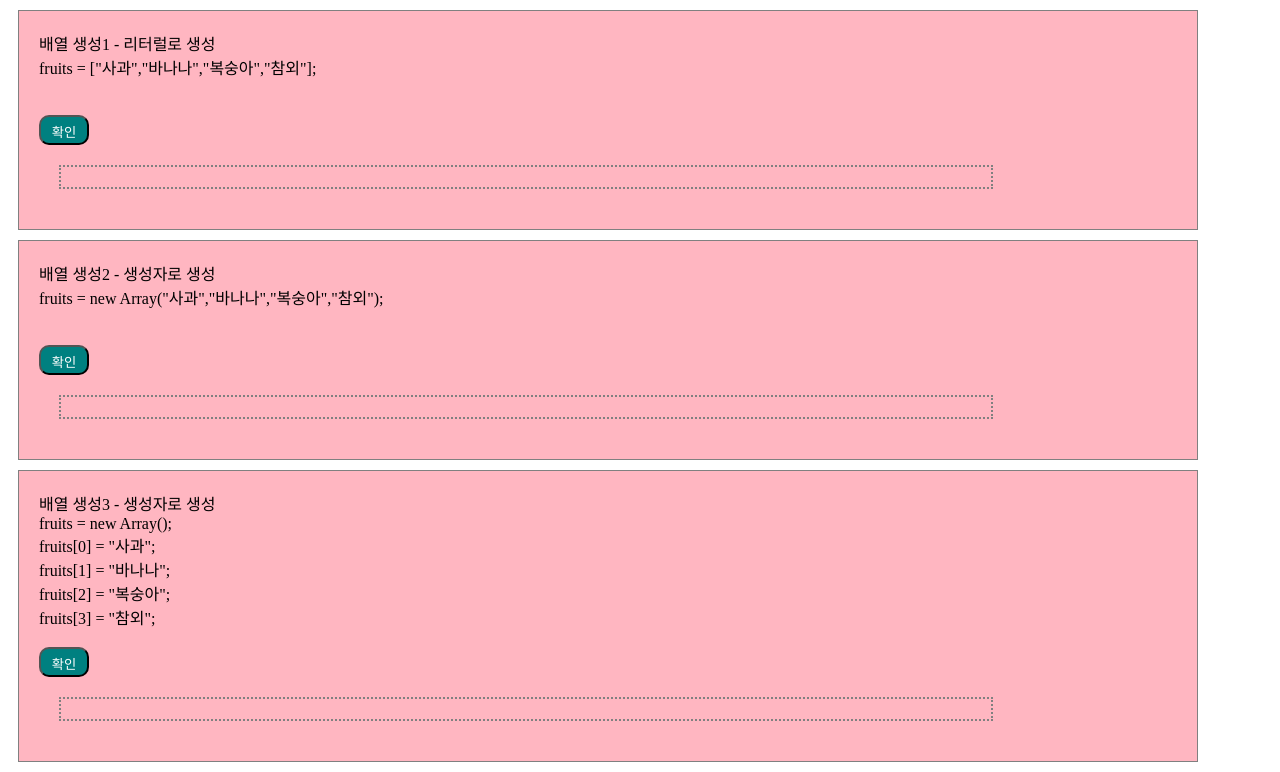
Repository: jeje0130/html
Page: webpro/WebContent/0114/배열지역.html
An editor plug-in stored every save of this project. The page is shown before and after the next save, followed by the edit.
The browser window is 1280 px wide. The pictures show the whole page.
After loading, the first visible `input[onclick="proc2()"]` was clicked once.

Above is the page before, as saved 2021-01-14 02:19:55.
Console error: TypeError: Cannot set properties of undefined (setting 'innerHTML')

### webpro/WebContent/0114/배열지역.html
<!DOCTYPE html>
<html>
<head>
<meta charset="UTF-8">
<title>Insert title here</title>
<link rel = "stylesheet" href = "../css/public.css" type="text/css">

<script>



	function proc1() {
		var fruits1 = ["사과","바나나","복숭아","참외"];


		var result = document.querySelector("#result1");
		/* result.innerHTML = fruits; */
		print(fruits1, result);

	}

	function print(fruits, result){
		res = "";
		for(i=0; i<fruits.length; i++){
			res += fruits[i] + " ";
		}

		result.innerHTML = res;

	}

	function proc2() {
		fruits2 = new Array("사과","바나나","복숭아","참외");

		result = document.querySelector("#result2");
		print(fruits2);
	}

	function proc3() {
		fruits3 = new Array();
		fruits3[0] = "사과";
		fruits3[1] = "바나나";
		fruits3[2] = "복숭아";
		fruits3[3] = 100;

		result = document.querySelector("#result3");
		print(fruits3);
	}
</script>
</head>
<body>
<div class="box">
	배열 생성1 - 리터럴로 생성 <br>
	fruits = ["사과","바나나","복숭아","참외"];<br>
 <br><br>

<input type="button" value="확인" onclick="proc1()">

<div id="result1"></div>
</div>


<div class="box">
	배열 생성2 - 생성자로 생성 <br>
	fruits = new Array("사과","바나나","복숭아","참외");<br>
 <br><br>

<input type="button" value="확인" onclick="proc2()">

<div id="result2"></div>
</div>


<div class="box">
	배열 생성3 - 생성자로 생성 <br>
	fruits = new Array();<br>
	fruits[0] = "사과";<br>
	fruits[1] = "바나나";<br>
	fruits[2] = "복숭아";<br>
	fruits[3] = "참외";
 <br><br>

<input type="button" value="확인" onclick="proc3()">

<div id="result3"></div>
</div>

</body>
</html>

### webpro/WebContent/css/public.css
@charset "utf-8";

pre {
	background-color : #FFE3EE;
	font-size : 1.2em;
	white-space: pre-wrap; /* 우측 여백 고정, 넘치는 글자 줄바꿈 */

	/*
	pre : 공백은 그대로, 줄바꿈 X
	pre-wrap : 공백은 그대로, 줄바꿈 O
	pre-line : 공백을 여러개줘도 하나만 표시, 줄바꿈 O
	nowrap : 공백을 여러개줘도 하나만 표시, 줄바꿈 X
	 */
}

div.box{
	width : 90%;
	height: auto;
	margin: 10px;
	padding: 20px;
	border: 1px solid gray;
	background: #FFB6C1;
}

.box input[type = button]{
	width: 50px;
	height: 30px;
	background: #008080;
	color : white;
	padding: 5px 10px;
	border-radius : 10px;
}

.box div{
	width : 80%;
	height: auto;
	padding: 10px;
	border: 2px dotted gray;
	margin: 20px;
}

After the next save:
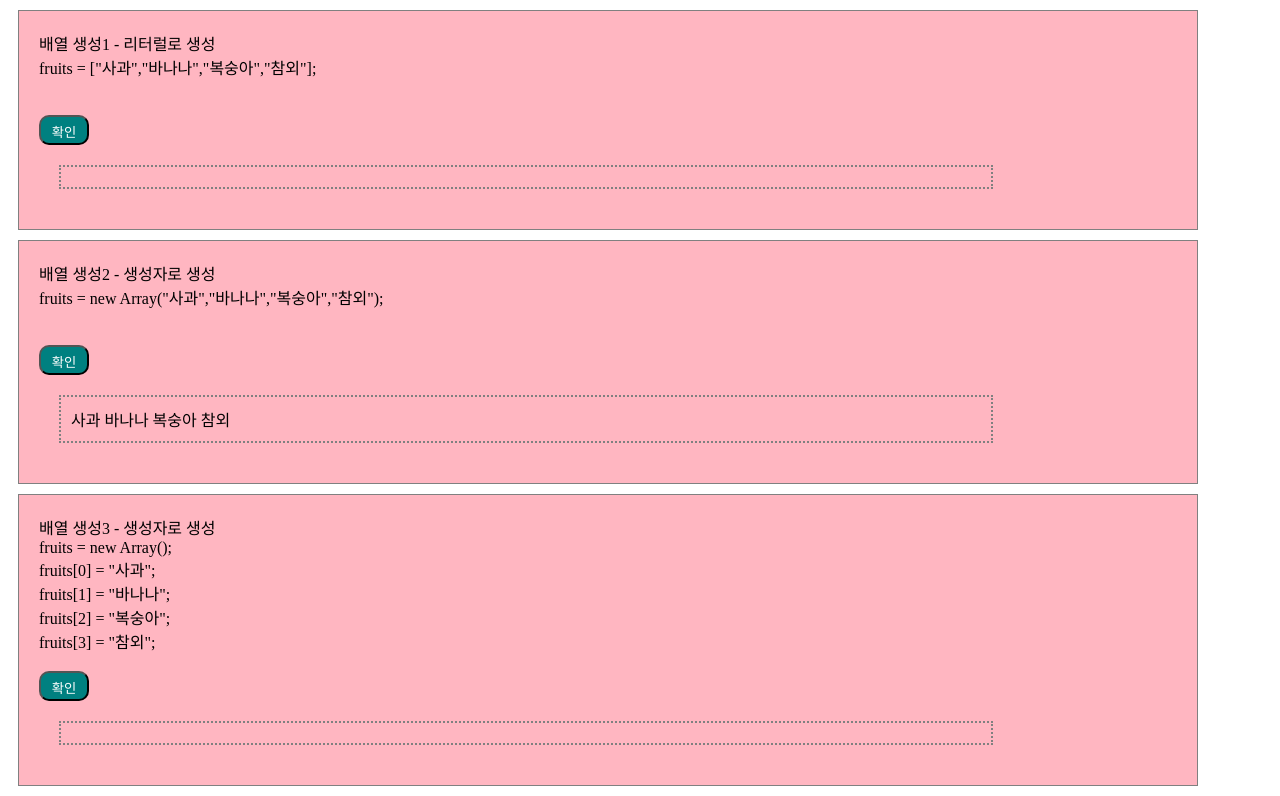
The error is gone.
Saved 87 s later.
--- a/webpro/WebContent/0114/배열지역.html
+++ b/webpro/WebContent/0114/배열지역.html
@@ -33,7 +33,7 @@
 		fruits2 = new Array("사과","바나나","복숭아","참외");
 
 		result = document.querySelector("#result2");
-		print(fruits2);
+		print(fruits2, result);
 	}
 
 	function proc3() {
@@ -44,7 +44,7 @@
 		fruits3[3] = 100;
 
 		result = document.querySelector("#result3");
-		print(fruits3);
+		print(fruits3, result);
 	}
 </script>
 </head>
